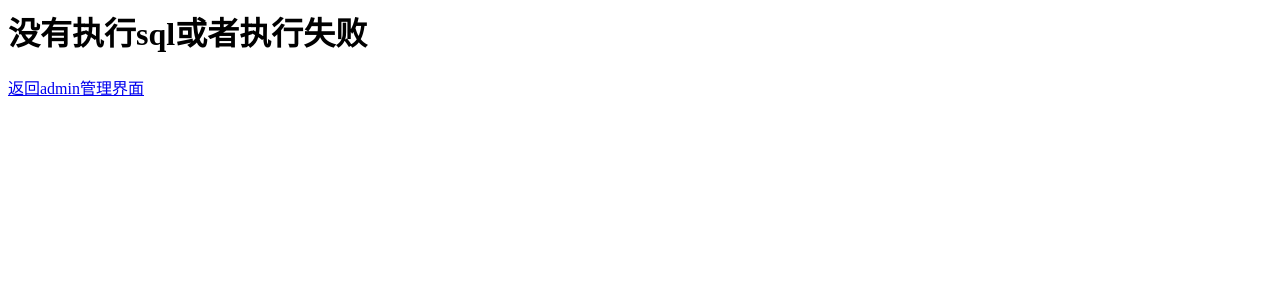
Repository: SUT-GC/myblog
Page: http://localhost/myblog/AdminDo
The author's editor kept a copy of each file at every save. The page is drawn from the files as they stood at one save, then again after the next save.
The browser window is 1280 px wide. The pictures show the whole page.
The page is served by Tomcat 9. Other server files are loaded and not shown.

Above is the page before, as saved 2015-09-30 11:39:46.

### javaee_workspace/myblog/src/servlet/AdminDo.java
package servlet;

import java.io.IOException;
import java.io.PrintWriter;

import javax.servlet.ServletException;
import javax.servlet.annotation.WebServlet;
import javax.servlet.http.HttpServlet;
import javax.servlet.http.HttpServletRequest;
import javax.servlet.http.HttpServletResponse;

import Encryption.Base64;
import dao.AdminDao;
import empty.Admin;

/**
 * Servlet implementation class AdminDo
 */
@WebServlet(name="adminDo", urlPatterns={"/AdminDo"})
public class AdminDo extends HttpServlet {
	private static final long serialVersionUID = 1L;

    /**
     * @see HttpServlet#HttpServlet()
     */
    public AdminDo() {
        super();
        // TODO Auto-generated constructor stub
    }

	/**
	 * @see HttpServlet#doGet(HttpServletRequest request, HttpServletResponse response)
	 */
	protected void doGet(HttpServletRequest request, HttpServletResponse response) throws ServletException, IOException {
		doPost(request, response);
	}

	/**
	 * @see HttpServlet#doPost(HttpServletRequest request, HttpServletResponse response)
	 */
	protected void doPost(HttpServletRequest request, HttpServletResponse response) throws ServletException, IOException {
		// 将requelt和response转码为utf-8
	    request.setCharacterEncoding("utf-8");
		response.setCharacterEncoding("utf-8");
		//创建页面输出对象
		response.setContentType("text/html;charset=utf-8");
		PrintWriter out = response.getWriter();

		/*
		 * result1 :执行deleteAdminByID 所得的返回值
		 * -1:没有执行sql或者执行失败 0:执行sql且记录更新0条 1:更新成功
		 * result2 :执行updateAdminByID 所得的返回值
		 * -1:没有执行sql或者执行失败 0:执行sql且记录更新0条 1:更新成功
		 */
		int result1 = -1;
		int result2 = -1;

		if(request.getParameter("do") != null && request.getParameter("do").equals("delete") && request.getParameter("deleteid") != null ){
			int deleteid = Integer.parseInt(request.getParameter("deleteid"));
			result1 = AdminDao.deleteAdminByID(deleteid);
		}

		if(request.getParameter("new_admin_id")!=null && request.getParameter("new_admin_username")!=null && request.getParameter("new_admin_password")!=null){
			Admin admin = new Admin();
			admin.setAdmin_id(Integer.parseInt(request.getParameter("new_admin_id")));
			admin.setAdmin_username(request.getParameter("new_admin_username"));
			admin.setAdmin_password(Base64.base64Encoder(request.getParameter("new_admin_id")));
			result2 = AdminDao.updateAdminByID(admin);
		}

		if(result1 == 1){
			response.sendRedirect("jsp/back/back_admin_information.jsp");
		}else{
			if(result1 == -1)
			    out.println("<h1>没有执行sql或者执行失败</h1>");
			if(result1 == 0)
			    out.println("<h1>执行sql且记录更新0条</h1>");
			out.println("<a href=\"javascript:history.go(-1)\">返回admin管理界面</a>");
		}

	}

}

After the next save:
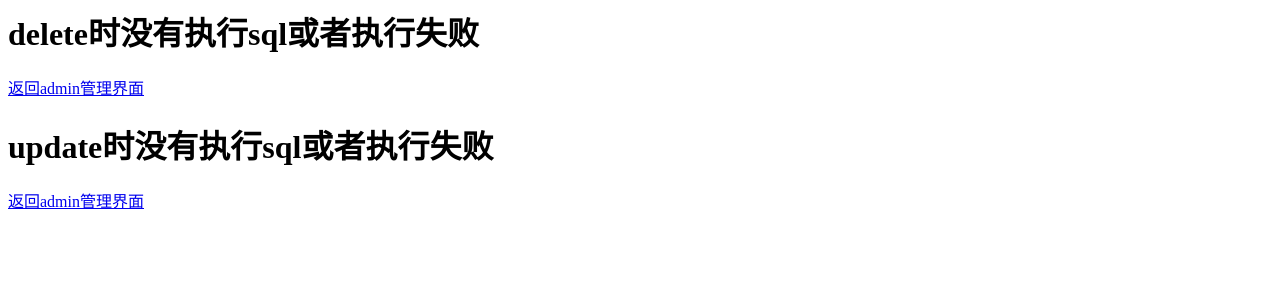
Saved 44 s later.
--- a/javaee_workspace/myblog/src/servlet/AdminDo.java
+++ b/javaee_workspace/myblog/src/servlet/AdminDo.java
@@ -72,12 +72,21 @@ public class AdminDo extends HttpServlet {
 			response.sendRedirect("jsp/back/back_admin_information.jsp");
 		}else{
 			if(result1 == -1)
-			    out.println("<h1>没有执行sql或者执行失败</h1>");
+			    out.println("<h1>delete时没有执行sql或者执行失败</h1>");
 			if(result1 == 0)
-			    out.println("<h1>执行sql且记录更新0条</h1>");
+			    out.println("<h1>delete时执行sql且记录更新0条</h1>");
 			out.println("<a href=\"javascript:history.go(-1)\">返回admin管理界面</a>");
 		}
 
+		if(result2 == 1){
+			response.sendRedirect("jsp/back/back_admin_information.jsp");
+		}else{
+			if(result2 == -1)
+			    out.println("<h1>update时没有执行sql或者执行失败</h1>");
+			if(result2 == 0)
+			    out.println("<h1>update时执行sql且记录更新0条</h1>");
+			out.println("<a href=\"javascript:history.go(-1)\">返回admin管理界面</a>");
+		}
 	}
 
 }
